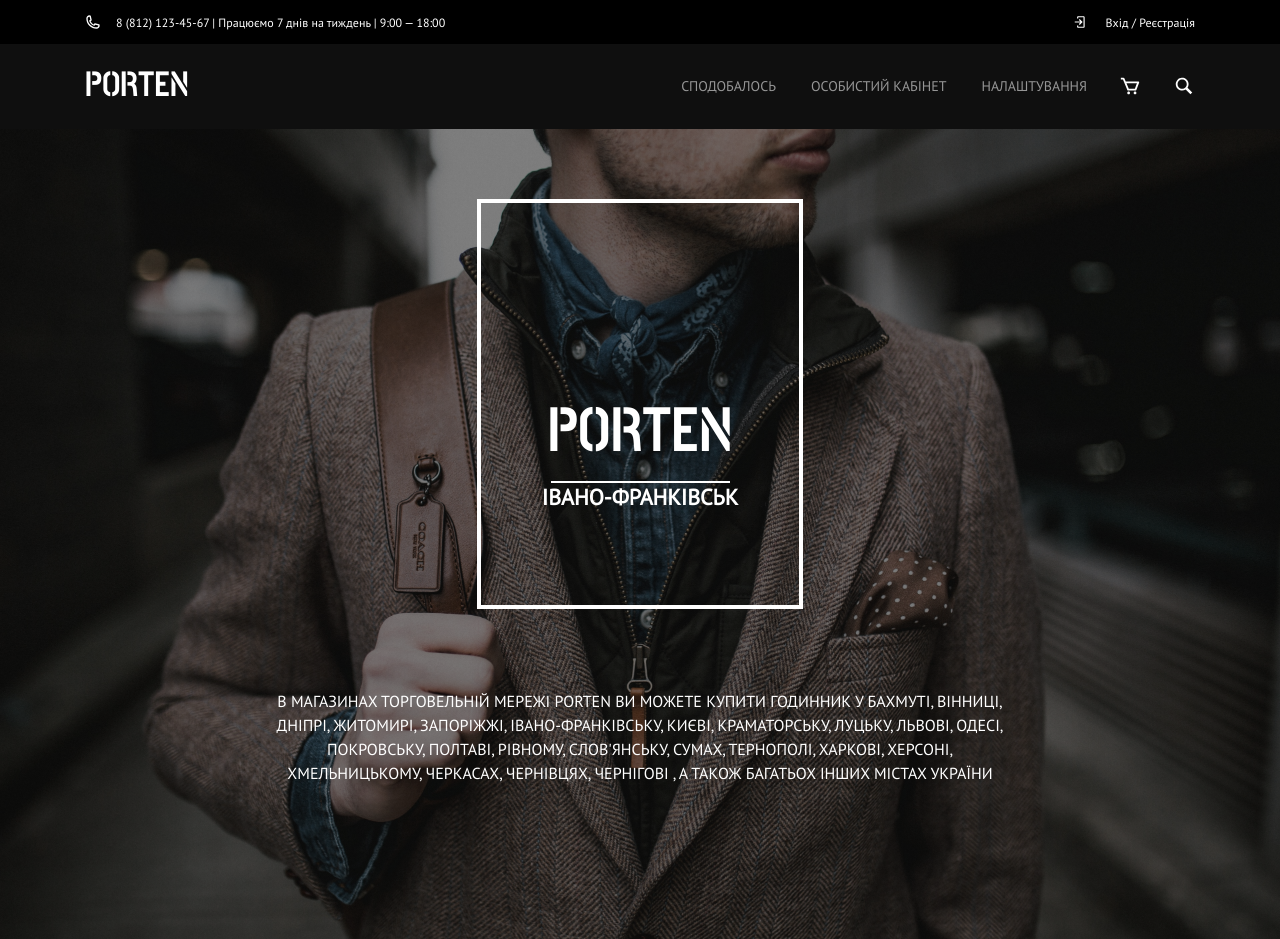
Repository: KYUUBI-K/porten
Page: index.html
These files come from the project's save history. The page is drawn as it stood at one moment and after the next save; the edit follows.
The browser window is 1280 px wide. The pictures show the whole page.

Above is the page before, as saved 2025-09-09 21:12:15.

### index.html
<!DOCTYPE html>
<html lang="en">
  <head>
    <meta charset="UTF-8" />
    <meta name="viewport" content="width=device-width, initial-scale=1.0" />
    <title>Cappadocia</title>
    <link rel="stylesheet" href="./styles.css" />
    <script defer src="./index.js"></script>
  </head>
  <body>
    <header class="header">
      <div class="top-line">
        <div class="wrapper">
          <div class="top-line-content">
            <div class="info">
              <svg
                width="16"
                height="16"
                viewBox="0 0 16 16"
                fill="none"
                xmlns="http://www.w3.org/2000/svg"
              >
                <path
                  d="M11.6 14.6667C8.87817 14.6631 6.26886 13.5803 4.34425 11.6557C2.41964 9.73112 1.33684 7.1218 1.33331 4.39999C1.33331 3.58666 1.65641 2.80665 2.23152 2.23153C2.80663 1.65642 3.58665 1.33333 4.39998 1.33333C4.57221 1.33202 4.74415 1.34765 4.91331 1.37999C5.07685 1.4042 5.23762 1.44439 5.39331 1.49999C5.50281 1.53841 5.60039 1.60475 5.67639 1.69244C5.75239 1.78014 5.80418 1.88615 5.82665 1.99999L6.73998 5.99999C6.7646 6.10857 6.76163 6.22158 6.73136 6.32872C6.70108 6.43585 6.64445 6.5337 6.56665 6.61333C6.47998 6.70666 6.47331 6.71333 5.65331 7.13999C6.30998 8.58057 7.46211 9.73743 8.89998 10.4C9.33331 9.57333 9.33998 9.56666 9.43331 9.47999C9.51294 9.40219 9.61079 9.34556 9.71792 9.31528C9.82506 9.28501 9.93807 9.28204 10.0466 9.30666L14.0466 10.22C14.1568 10.2456 14.2587 10.2988 14.3427 10.3746C14.4267 10.4504 14.49 10.5463 14.5266 10.6533C14.5829 10.8116 14.6253 10.9744 14.6533 11.14C14.6801 11.3075 14.6935 11.477 14.6933 11.6467C14.681 12.4565 14.3488 13.2286 13.7693 13.7944C13.1897 14.3602 12.4099 14.6738 11.6 14.6667V14.6667ZM4.39998 2.66666C3.94081 2.66842 3.50095 2.8516 3.17627 3.17628C2.85158 3.50097 2.6684 3.94083 2.66665 4.39999C2.66841 6.76872 3.61017 9.03992 5.28511 10.7149C6.96005 12.3898 9.23125 13.3316 11.6 13.3333C12.0591 13.3316 12.499 13.1484 12.8237 12.8237C13.1484 12.499 13.3316 12.0592 13.3333 11.6V11.38L10.24 10.6667L10.0466 11.0333C9.74665 11.6133 9.52665 12.0333 8.96665 11.8067C7.8619 11.4112 6.85911 10.7747 6.03114 9.94325C5.20316 9.11181 4.57079 8.10638 4.17998 6.99999C3.93998 6.47999 4.39331 6.23999 4.96665 5.93999L5.33331 5.75999L4.61998 2.66666H4.39998Z"
                  fill="white"
                />
              </svg>
              8 (812) 123-45-67 | Працюємо 7 днів на тиждень | 9:00 — 18:00
            </div>
            <div class="login">
              <svg
                width="14"
                height="14"
                viewBox="0 0 14 14"
                fill="none"
                xmlns="http://www.w3.org/2000/svg"
              >
                <path
                  d="M5.25001 1.16675H10.5C11.1417 1.16675 11.6667 1.69175 11.6667 2.33341V11.6667C11.6667 12.3084 11.1417 12.8334 10.5 12.8334H5.25001C4.60834 12.8334 4.08334 12.3084 4.08334 11.6667V10.5001H5.25001V11.6667H10.5V2.33341H5.25001V3.50008H4.08334V2.33341C4.08334 1.69175 4.60834 1.16675 5.25001 1.16675Z"
                  fill="white"
                />
                <path
                  d="M5.88583 9.09409L6.70833 9.91659L9.625 6.99992L6.70833 4.08325L5.88583 4.90575L7.39083 6.41659H1.75V7.58325H7.39083L5.88583 9.09409Z"
                  fill="white"
                />
              </svg>
              Вхід / Реєстрація
            </div>
          </div>
        </div>
      </div>
      <div class="bot-line">
        <div class="wrapper">
          <div class="bot-line-content">
            <div class="header-logo">PORTEN</div>
            <nav class="header-menu">
              <ul class="header-menu-list">
                <li class="header-menu-item">
                  <a class="header-menu-link" href="#liked">cподобалось</a>
                </li>
                <li class="header-menu-item">
                  <a class="header-menu-link" href="#office"
                    >Особистий кабінет</a
                  >
                </li>
                <li class="header-menu-item">
                  <a class="header-menu-link" href="#settings">налаштування</a>
                </li>
              </ul>
              <svg
                width="22"
                height="22"
                viewBox="0 0 22 22"
                fill="none"
                xmlns="http://www.w3.org/2000/svg"
              >
                <path
                  d="M20.0035 6.81175C19.9192 6.6899 19.8066 6.59031 19.6754 6.5215C19.5441 6.45269 19.3982 6.41672 19.25 6.41667H6.72193L5.66409 3.8775C5.52539 3.54312 5.29052 3.25746 4.98927 3.05673C4.68801 2.856 4.33393 2.74925 3.97193 2.75H1.83334V4.58334H3.97193L8.32059 15.0196C8.39025 15.1866 8.50775 15.3292 8.65831 15.4295C8.80887 15.5298 8.98575 15.5834 9.16668 15.5833H16.5C16.8823 15.5833 17.2242 15.3459 17.3589 14.9893L20.1089 7.656C20.1609 7.51724 20.1785 7.36794 20.1601 7.22091C20.1417 7.07387 20.088 6.93348 20.0035 6.81175ZM15.8648 13.75H9.77809L7.48643 8.25H17.9273L15.8648 13.75Z"
                  fill="white"
                />
                <path
                  d="M9.625 19.25C10.3844 19.25 11 18.6344 11 17.875C11 17.1156 10.3844 16.5 9.625 16.5C8.86561 16.5 8.25 17.1156 8.25 17.875C8.25 18.6344 8.86561 19.25 9.625 19.25Z"
                  fill="white"
                />
                <path
                  d="M16.0417 19.25C16.8011 19.25 17.4167 18.6344 17.4167 17.875C17.4167 17.1156 16.8011 16.5 16.0417 16.5C15.2823 16.5 14.6667 17.1156 14.6667 17.875C14.6667 18.6344 15.2823 19.25 16.0417 19.25Z"
                  fill="white"
                />
              </svg>
              <svg
                width="22"
                height="22"
                viewBox="0 0 22 22"
                fill="none"
                xmlns="http://www.w3.org/2000/svg"
              >
                <path
                  d="M19.25 17.4167L14.5255 12.6922C15.3989 11.3648 15.7488 9.76053 15.5073 8.18999C15.2658 6.61945 14.4501 5.19437 13.2182 4.19068C11.9864 3.18698 10.4259 2.67606 8.83895 2.75684C7.252 2.83762 5.75147 3.50434 4.62788 4.62794C3.50428 5.75153 2.83755 7.25206 2.75678 8.83901C2.676 10.426 3.18692 11.9864 4.19061 13.2183C5.19431 14.4502 6.61939 15.2658 8.18993 15.5073C9.76047 15.7488 11.3648 15.399 12.6922 14.5256L17.4167 19.2501L19.25 17.4167ZM4.58335 9.16675C4.58335 6.6395 6.63944 4.58341 9.16669 4.58341C11.6939 4.58341 13.75 6.6395 13.75 9.16675C13.75 11.694 11.6939 13.7501 9.16669 13.7501C6.63944 13.7501 4.58335 11.694 4.58335 9.16675Z"
                  fill="white"
                />
              </svg>
            </nav>
          </div>
        </div>
      </div>
    </header>
    <section class="banner">
      <div class="banner-logo">
        <h1 class="banner-title">PORTEN</h1>
        <svg
          width="179"
          height="2"
          viewBox="0 0 179 2"
          fill="none"
          xmlns="http://www.w3.org/2000/svg"
        >
          <line
            x1="-8.74228e-08"
            y1="1"
            x2="179"
            y2="0.999984"
            stroke="white"
            stroke-width="2"
          />
        </svg>
        <h2 class="banner-subtitle">івано-франківськ</h2>
      </div>
      <div class="banner-info">
        В магазинах Торговельній мережі Porten ви можете купити годинник у
        Бахмуті, Вінниці, Дніпрі, Житомирі, Запоріжжі, Івано-Франківську, Києві,
        Краматорську, Луцьку, Львові, Одесі, Покровську, Полтаві, Рівному,
        Слов'янську, Сумах, Тернополі, Харкові, Херсоні, Хмельницькому,
        Черкасах, Чернівцях, Чернігові , а також багатьох інших містах України
      </div>
    </section>
  </body>
</html>

### styles.css
@font-face {
  font-family: "PT Sans";
  src: url("./fonts/PTSans-Regular.woff2") format("woff2");
  font-weight: 400;
  font-style: normal;
  font-display: swap;
}

@font-face {
  font-family: "Playfair Display";
  src: url("./fonts/PlayfairDisplay-Regular.woff2") format("woff2");
  font-weight: 400;
  font-style: normal;
  font-display: swap;
}

@font-face {
  font-family: "Playfair Display";
  src: url("./fonts/PlayfairDisplay-Bold.woff2") format("woff2");
  font-weight: 700;
  font-style: normal;
  font-display: swap;
}

@font-face {
  font-family: "Post No Bills Jaffna";
  src: url("./fonts/PostNoBillsJaffna-Bold.woff2") format("woff2");
  font-weight: 700;
  font-style: normal;
  font-display: swap;
}

html {
  box-sizing: border-box;
}
*,
*::before,
*::after {
  box-sizing: inherit;
  margin: 0;
  padding: 0;
}

:root {
  --color-dark: #000000;
  --color-light-dark: #0f0f0f;
  --color-white: #ffffff;
  --light-gray: #d0d0d0;
  --color-gray: #969696;

  --border: 1px solid var(--color-white);

  --font-family-base: "PT Sans", sans-serif;
  --font-family-accent: "Playfair Display", sans-serif;
  --font-family-logo: "Post No Bills Jaffna", sans-serif;

  --input-height: 47px;
}

body {
  font-size: 14px;
  font-family: var(--font-family-base);
  background-color: var(--color-dark);
  color: var(--color-white);
}

li {
  list-style: none;
}
a {
  text-decoration: none;
  color: inherit;
}
.wrapper {
  margin: 0 auto;
  max-width: 1110px;
}

.top-line-content {
  font-family: var(--font-family-base);
  font-size: 12px;
  display: flex;
  justify-content: space-between;
  padding: 14px 0px;
}
.info {
  display: flex;
  align-items: center;
  column-gap: 15px;
}

.login {
  display: flex;
  align-items: center;
  column-gap: 19px;
}

.bot-line {
  background-color: var(--color-light-dark);
}

.bot-line-content {
  display: flex;
  justify-content: space-between;
  padding: 15px 0 16px 0;
}

.header-menu {
  font-family: var(--font-family-base);
  font-size: 14px;
  color: var(--color-gray);
  display: flex;
  justify-content: space-between;
  gap: 32px;
  align-items: center;
}
.header-menu-list {
  display: flex;
  text-transform: uppercase;
  gap: 35px;
}
.header-logo {
  font-family: var(--font-family-logo);
  font-size: 36px;
}

.banner {
  display: flex;
  flex-direction: column;
  justify-content: flex-end;
  align-items: center;
  text-transform: uppercase;
  min-height: 810px;
  background: linear-gradient(
      0deg,
      rgba(15, 15, 15, 0.5) 0%,
      rgba(15, 15, 15, 0.5) 100%
    ),
    url(/images/Rectangle\ 3.png) lightgray 50% / cover no-repeat;
}
.banner-logo {
  display: flex;
  flex-direction: column;
  border: 4px solid #fff;
  padding: 182px 61px 94px 61px;
  align-items: center;
}
.banner-title {
  font-family: var(--font-family-logo);
  font-size: 64px;
  font-weight: 700;
}

.banner-subtitle {
  font-family: var(--font-family-base);
  font-size: 22px;
}

.banner-info {
  font-family: var(--font-family-base);
  font-size: 16px;
  font-style: normal;
  font-weight: 400;
  line-height: 150%;
  text-align: center;
  padding: 80px 0 154px 0;
  max-width: 730px;
}

### index.js
document.addEventListener("DOMContentLoaded", () => {
  const sliders = document.querySelectorAll(".route-slider, .about-slider");

  sliders.forEach((slider) => {
    const slidesContainer = slider.querySelector(".slides");
    const slides = slider.querySelectorAll(".slide");
    const prevBtn = slider.querySelector(".prev");
    const nextBtn = slider.querySelector(".next");

    let currentIndex = 0;

    function updateSlide() {
      slidesContainer.style.transform = `translateX(-${currentIndex * 100}%)`;
    }

    nextBtn.addEventListener("click", () => {
      currentIndex++;
      if (currentIndex >= slides.length) {
        currentIndex = 0;
      }
      updateSlide();
    });

    prevBtn.addEventListener("click", () => {
      currentIndex--;
      if (currentIndex < 0) {
        currentIndex = slides.length - 1;
      }
      updateSlide();
    });
  });
});

After the next save:
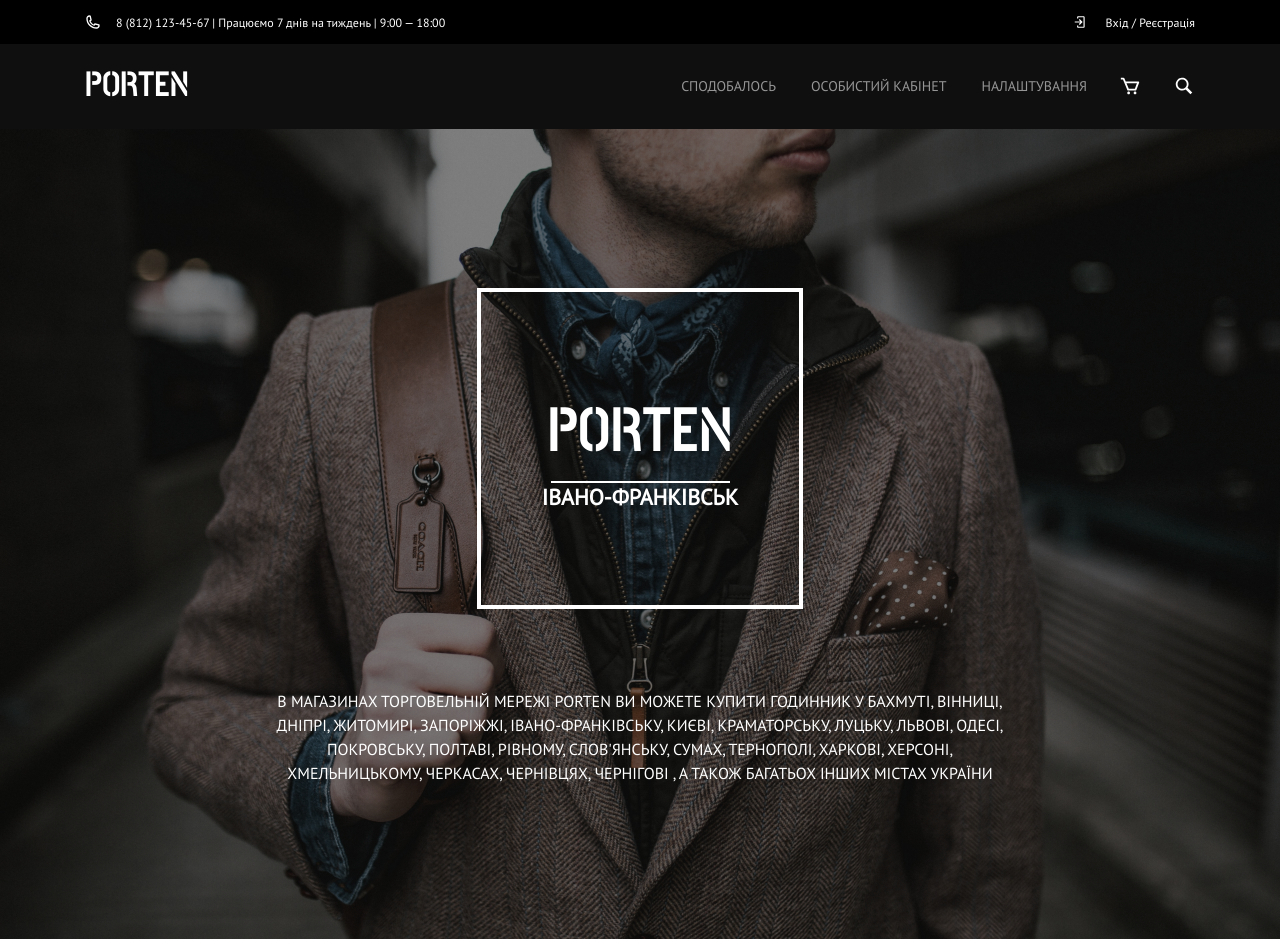
Saved 13 s later.
--- a/styles.css
+++ b/styles.css
@@ -142,7 +142,7 @@
   display: flex;
   flex-direction: column;
   border: 4px solid #fff;
-  padding: 182px 61px 94px 61px;
+  padding: 93px 61px 94px 61px;
   align-items: center;
 }
 .banner-title {
